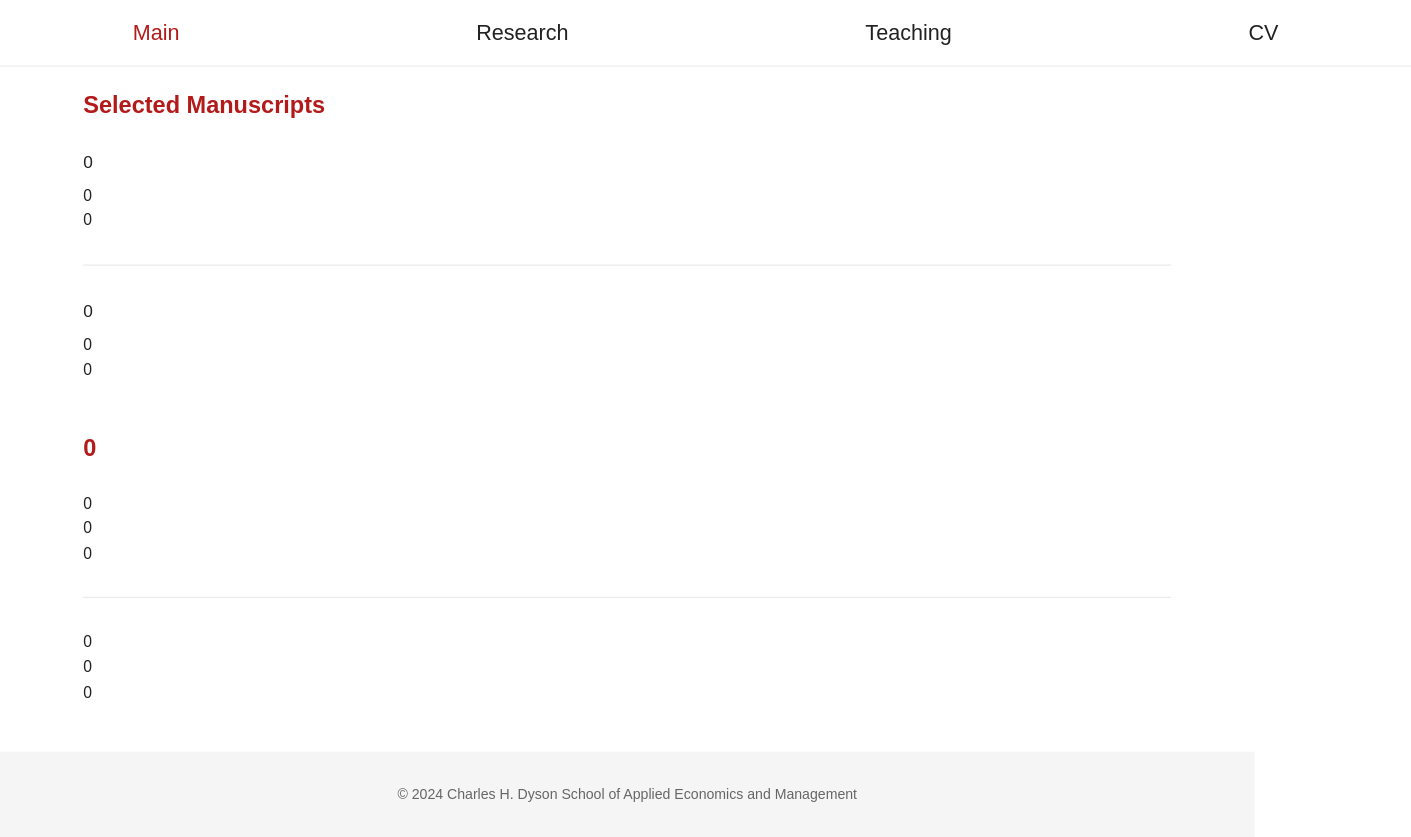
Repository: huang-heavenly-Emperor/k1_project
Page: index.html
The author's editor kept a copy of each file at every save. The page is drawn from the files as they stood at one save, then again after the next save.
The browser window is 1280 px wide. The page is 1440 px wide, so the pictures cover 1440 px, including what lies to the right of the window. The pictures show the whole page, at 98% of full size.

Above is the page before, as saved 2024-11-17 15:18:37.

After the next save:
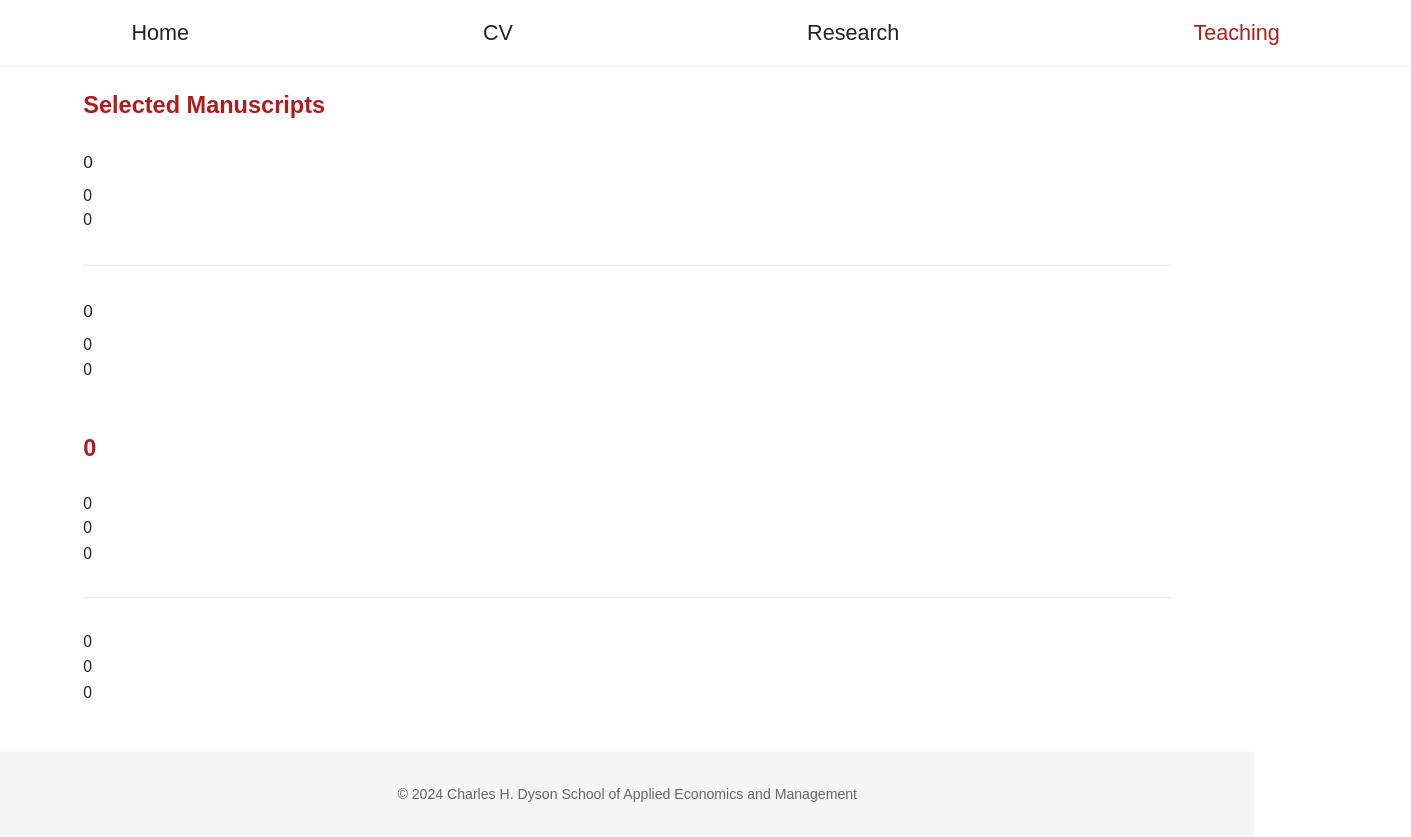
Saved 8 s later.
--- a/index.html
+++ b/index.html
@@ -15,10 +15,10 @@
         <nav class="main-nav">
             <div class="nav-container">
                 <ul class="nav-list">
-                    <li><a href="./index.html" class="active">Main</a></li>
+                    <li><a href="./index.html">Home</a></li>
+                    <li><a href="./CV_ShanjunLi_Fall2024.pdf" target="_blank">CV</a></li>
                     <li><a href="./research.html">Research</a></li>
-                    <li><a href="./teaching.html">Teaching</a></li>
-                    <li><a href="./CV_ShanjunLi_Fall2024.pdf" target="_blank">CV</a></li>
+                    <li><a href="./teaching.html" class="active">Teaching</a></li>
                 </ul>
             </div>
         </nav>
